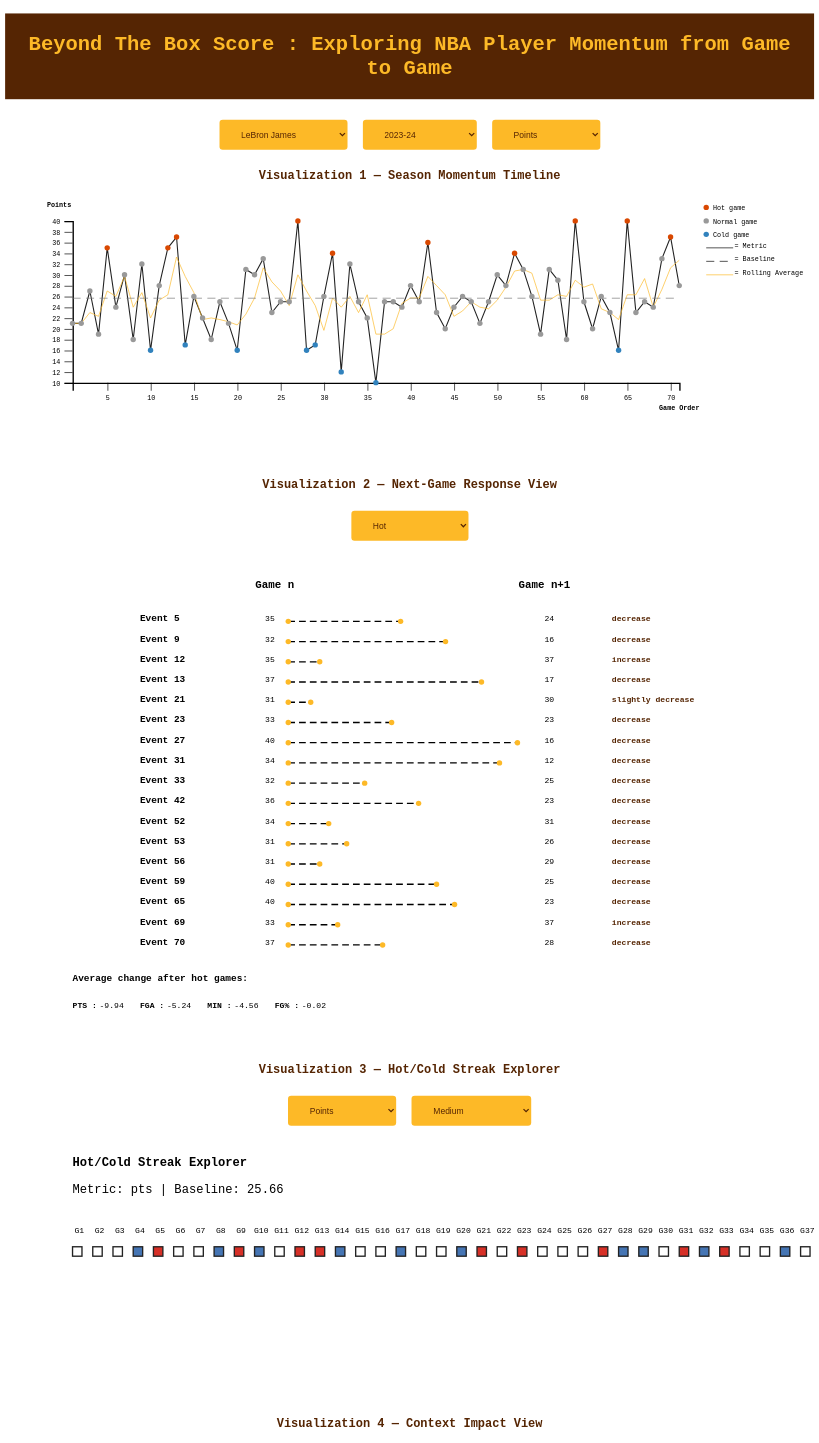
Repository: houdafatih/Data-Viz-Project
Page: index.html
These files come from the project's save history. The page is drawn as it stood at one moment and after the next save; the edit follows.
The browser window is 1280 px wide. The pictures show the whole page, at 64% of full size.

Above is the page before, as saved 2026-06-21 02:43:15.

After the next save:
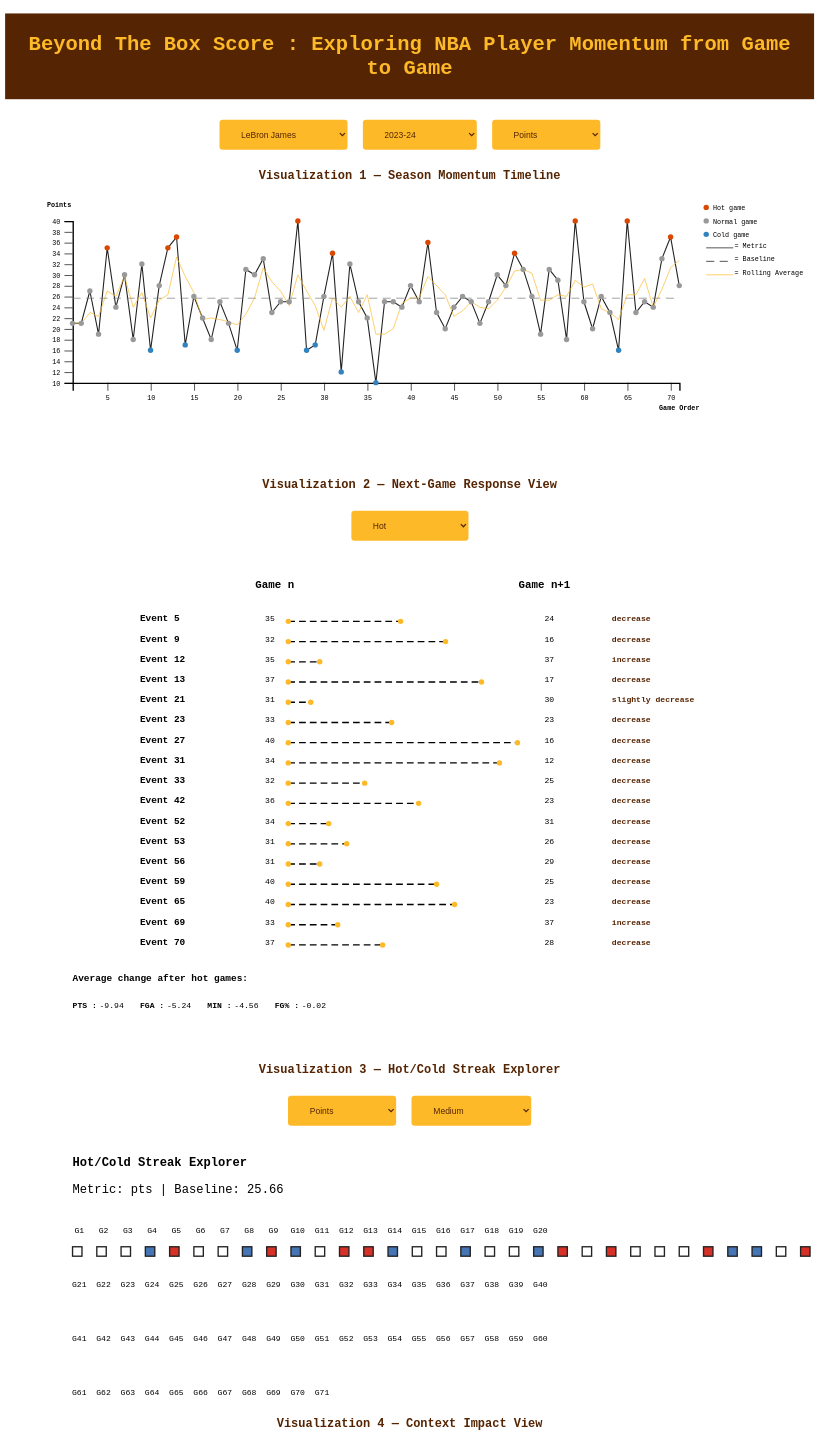
Saved 2 min 43 s later.
--- a/scripts/visualization3.js
+++ b/scripts/visualization3.js
@@ -79,12 +79,12 @@
 function addLablels(svg, classification,canvas){
     const num = 20
     svg.selectAll(".game-label").data(classification).enter().append("text").attr("class","game-label")
-    .attr("x",(d,j) => canvas.margin.left + j * 15 + 10 /2).attr("y",75).attr("text-anchor","middle")
-    .attr("font-size","6px").text(d => `G${d.g_num}`)
+    .attr("x",(d,j) => canvas.margin.left + (j%num) * 18 + 10 /2).attr("y",(d,j) => 75 + (Math.floor(j/num))*40)
+    .attr("text-anchor","middle").attr("font-size","6px").text(d => `G${d.g_num}`)
 }
 
 function addCells(svg, classification,canvas,scale){
     svg.selectAll(".game-cell").data(classification).enter().append("rect").attr("class","game-cell")
-    .attr("x",(d,j) => canvas.margin.left + j * 15).attr("y",85).attr("width",7).attr("height",7)
+    .attr("x",(d,j) => canvas.margin.left + j * 18).attr("y",85).attr("width",7).attr("height",7)
     .attr("fill",d => scale(d.perf_label)).attr("stroke","#222").attr("stroke-width",1)
 }
